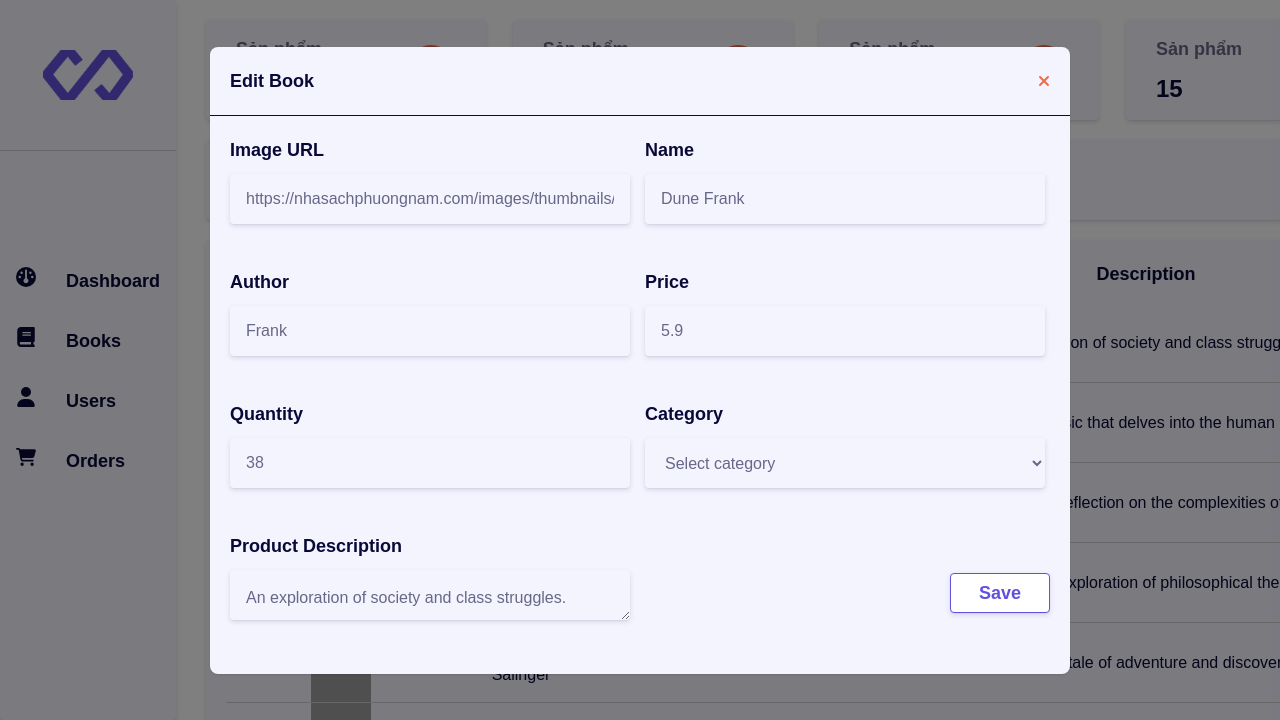
Repository: kauittt/BookStore_FE
Page: / (app in book-store/), after clicking the first element matching `svg.fa-pen`
The author's editor kept a copy of each file at every save. The page is drawn from the files as they stood at one save, then again after the next save.
The browser window is 1280 px wide. The pictures show the whole page.
Pictures or frames that could not be fetched are drawn as grey boxes. An inner scrolling area shows only its first screen. The project was rebuilt for these pictures with package versions that can differ from the ones it lists, and the page was loaded fresh each time. Also part of the build but not shown: book-store/vite.config.js, book-store/src/components/login-signup/Login.jsx, book-store/src/components/book/BookItem.jsx, book-store/src/components/book/BookList.jsx, book-store/src/components/elements/BackNavigation.jsx, book-store/src/components/book/BookDetail.jsx, book-store/src/components/cart/QuantitySelector.jsx, book-store/src/components/cart/CartItem.jsx and 3 more.

Above is the page before, as saved 2024-07-20 13:53:44.

After the next save:
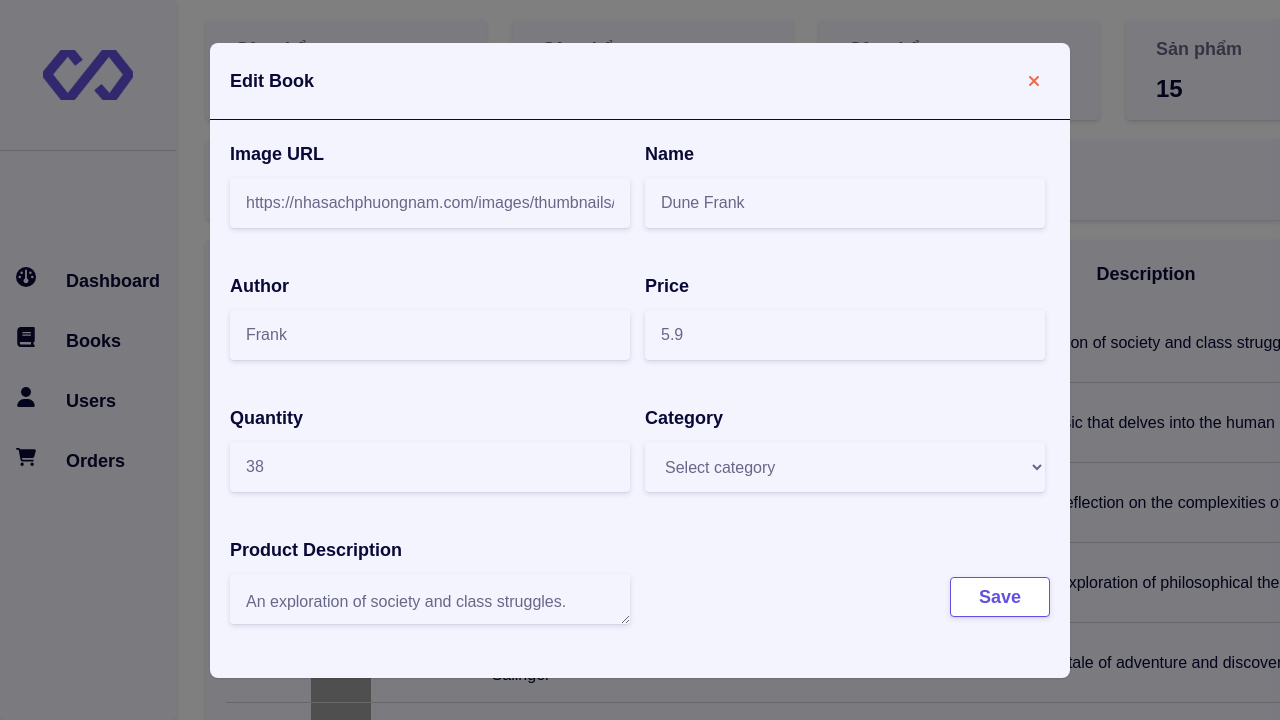
Saved 5 s later.
--- a/book-store/src/components/elements/Modal.jsx
+++ b/book-store/src/components/elements/Modal.jsx
@@ -42,7 +42,7 @@ const Modal = ({ onClose, data, onSave }) => {
                             Edit Book
                         </h3>
                         <FontAwesomeIcon
-                            className="rounded cursor-pointer
+                            className="p-[10px] rounded cursor-pointer
                             text-bgr-color
                             transition-all duration-200 ease-in-out
                             hover:bg-bgr-color hover:text-text-white  "
